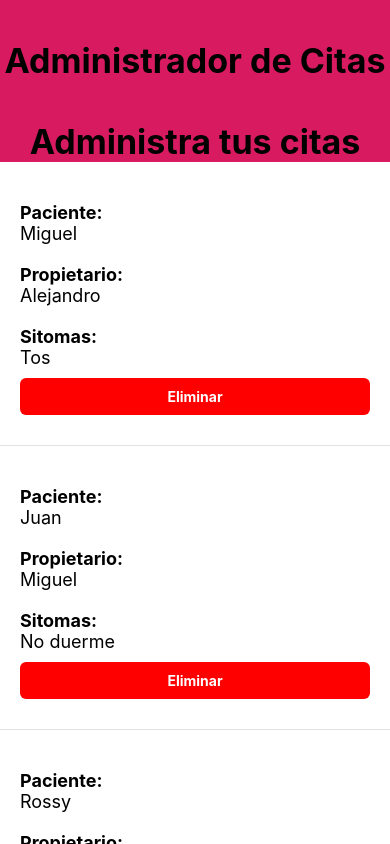
Repository: AleMicky/citas
Screen: /
These files come from the project's save history. The screen is drawn as it stood at one moment and after the next save; the edit follows.
An inner scrolling area shows only its first screen. The app was drawn by React Native's web renderer in a window 390 px wide. The project was rebuilt for these pictures with package versions that can differ from the ones it lists, and the page was loaded fresh each time.

Above is the screen before, as saved 2020-06-27 00:51:05.

### App.js
import React from 'react'
import { View, Text, StyleSheet, FlatList } from 'react-native'
import Cita from './src/components/Cita';

export default function App() {

  const [citas, setCitas] = React.useState([
      { id:'1', paciente:'Miguel', propietario:'Alejandro', sitomas: 'Tos' },
      { id:'2', paciente:'Juan', propietario:'Miguel', sitomas: 'No duerme' },
      { id:'3', paciente:'Rossy', propietario:'Camila', sitomas: 'No come' }
  ]);

   const eliminarPaciente = id => {
      setCitas((citasActuales) =>{
        return citasActuales.filter(citas => citas.id != id)
      })
   }
  return (
    <View style={styles.contenedor}>
        <Text style={styles.titulo}>Administrador de Citas</Text>
        <Text style={styles.titulo}>Administra tus citas</Text>
        <FlatList data = {citas}
                  renderItem = {({item}) => (<Cita item = {item} eliminarPaciente = {eliminarPaciente}/>)}
                  keyExtractor = {citas => citas.id}
          />
    </View>
  )
}

const styles = StyleSheet.create({
  contenedor:{
    flex:1,
    backgroundColor:'#d81b60'
  },
  titulo:{
    marginTop:40,
    fontSize: 34,
    fontWeight:'bold',
    textAlign:'center'
  }
})

### src/components/Cita.js
import React from 'react';
import { Text, StyleSheet, View, TouchableOpacity } from 'react-native';

const Cita = ({ item, eliminarPaciente }) => {

    const { id, paciente, propietario, sitomas  } = item;

    const dialogoEliminar = id => {
        eliminarPaciente(id);
    }

    return (
        <View style={styles.cita}>
            <View>
                <Text style={styles.lebel}>Paciente: </Text>
                <Text style={styles.texto}>{paciente}</Text>
            </View>
            <View>
                <Text style={styles.lebel}>Propietario: </Text>
                <Text style={styles.texto}>{propietario}</Text>
            </View>
            <View>
                <Text style={styles.lebel}>Sitomas: </Text>
                <Text style={styles.texto}>{sitomas}</Text>
            </View>
            <View>
                <TouchableOpacity onPress={() => dialogoEliminar(id)} style={styles.butonEliminar}>
                        <Text style={styles.textoELiminar}>Eliminar</Text>
                </TouchableOpacity>
            </View>
        </View>
    );
}
const styles = StyleSheet.create({
    cita:{
        backgroundColor:'#fff',
        borderBottomColor:"#e1e1e1",
        borderStyle:'solid',
        borderBottomWidth: 1,
        paddingVertical:20,
        paddingHorizontal:20,
    },
    lebel:{
        fontWeight:'bold',
        fontSize:18,
        marginTop:20
    },
    texto:{
        fontSize:18,
    },
    butonEliminar:{
        borderRadius: 6,
        padding:10,
        backgroundColor:'red',
        marginVertical:10,

    },
    textoELiminar:{
        color:'#fff',
        fontWeight:'bold',
        textAlign:'center'
    }
})
export default Cita;

After the next save:
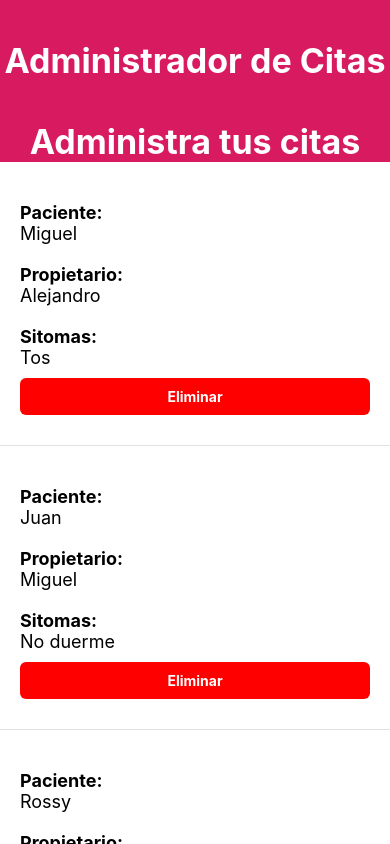
Saved 18 s later.
--- a/App.js
+++ b/App.js
@@ -36,6 +36,7 @@ const styles = StyleSheet.create({
     marginTop:40,
     fontSize: 34,
     fontWeight:'bold',
-    textAlign:'center'
+    textAlign:'center',
+    color:'#fff'
   }
 })
